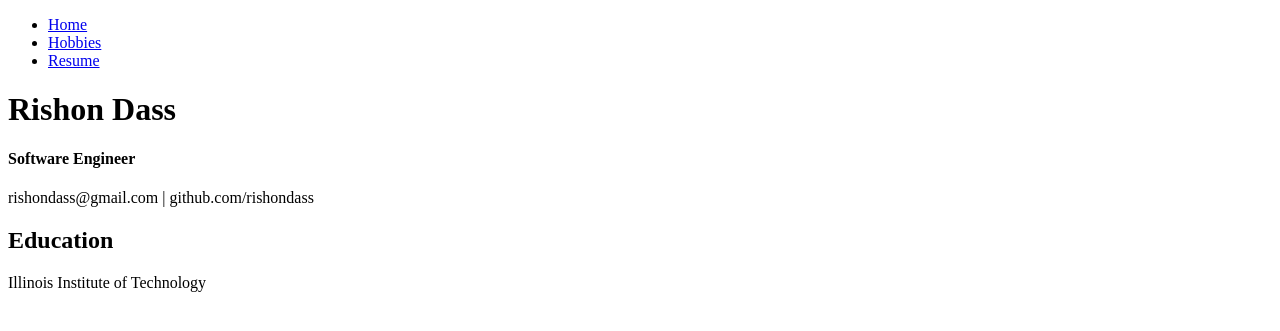
Repository: rishondass/ITMD361-Project1
Page: resume.html
These files come from the project's save history. The page is drawn as it stood at one moment and after the next save; the edit follows.
The browser window is 1280 px wide. The pictures show the whole page.

Above is the page before, as saved 2023-02-22 15:19:49.

After the next save:
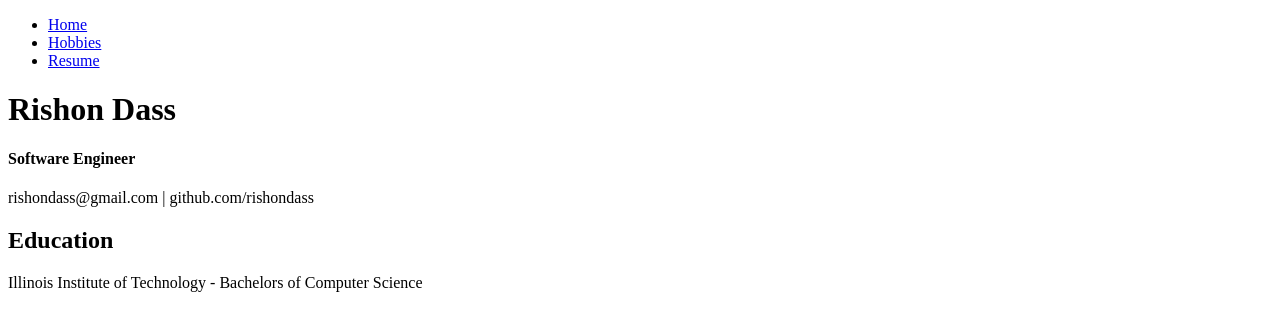
Saved 9 s later.
--- a/resume.html
+++ b/resume.html
@@ -35,7 +35,7 @@
             Education
         </h2>
         <p>
-            Illinois Institute of Technology
+            Illinois Institute of Technology - Bachelors of Computer Science
         </p>
     </div>
 </body>
